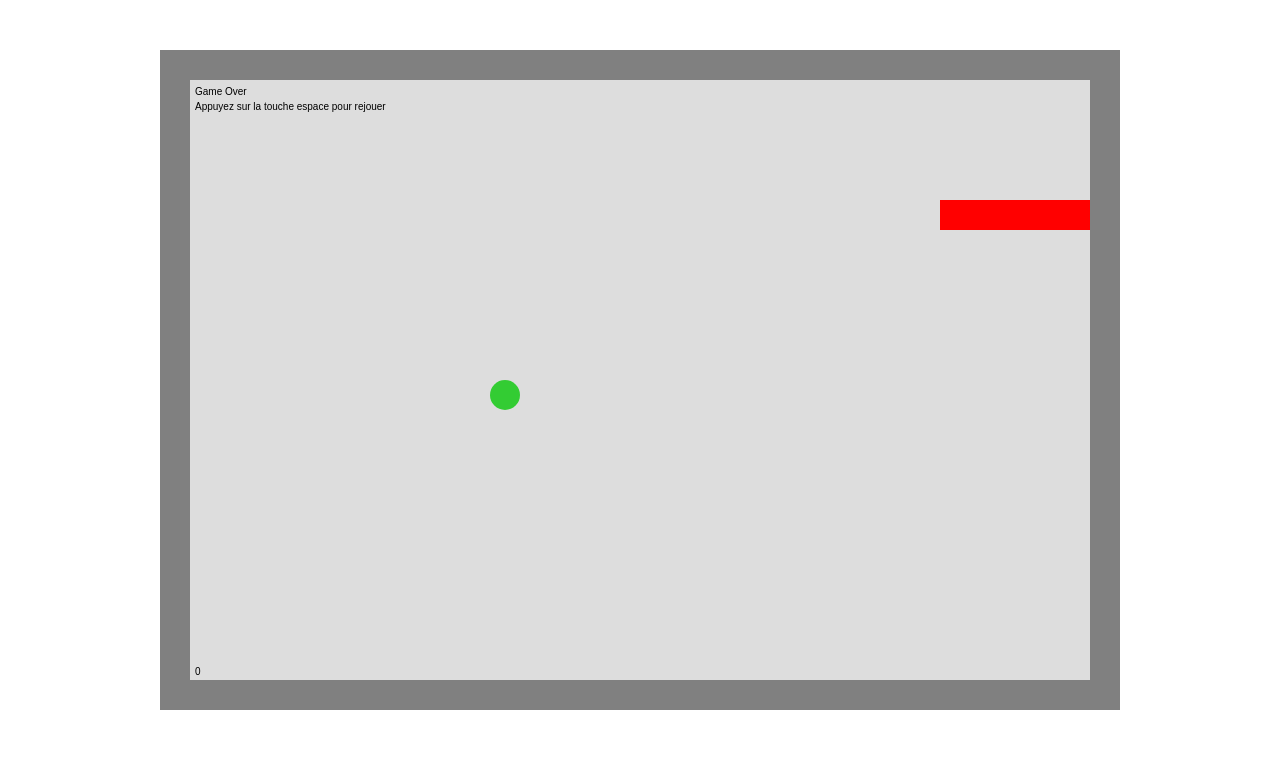
Repository: Loetitia27006/snake
Page: index.html
These files come from the project's save history. The page is drawn as it stood at one moment and after the next save; the edit follows.
The browser window is 1280 px wide. The pictures show the whole page.

Above is the page before, as saved 2023-03-24 16:25:29.

### index.html
<!DOCTYPE html>
<html lang="en">
<head>
    <meta charset="UTF-8">
    <meta http-equiv="X-UA-Compatible" content="IE=edge">
    <meta name="viewport" content="width=device-width, initial-scale=1.0">
    <title>Snake Game</title>
</head>
<body>

</body>
<script src="script.js"></script>
</html>

### script.js
window.onload = function () {
  var canvasWidth = 900;
  var canvasHeight = 600;
  var blockSize = 30;
  var ctx;
  var delay = 100;
  var snakee;
  var applee;
  var widthInBlocks = canvasWidth/blockSize;
  var heightInBlocks = canvasHeight/blockSize;
  var score;

  init();

  function init() {
    var canvas = document.createElement("canvas");
    canvas.width = canvasWidth;
    canvas.height = canvasHeight;
    canvas.style.border = "30px solid gray";
    canvas.style.margin = "50px auto";
    canvas.style.display = "block";
    canvas.style.backgroundColor = "#ddd";
    document.body.appendChild(canvas);
    ctx = canvas.getContext("2d");
    snakee = new Snake([[6, 4],[5, 4],[4, 4],[3, 4], [2, 4]], "right");
    applee = new Apple([10, 10]);
    score = 0;
    refreshCanvas();
  }

  function refreshCanvas() {
    snakee.advance();
    if(snakee.checkCollision()){
        gameOver();
    }else{
      if(snakee.isEatingApple(applee)){
        score++;
        snakee.ateApple = true;
        do{
          applee.setNewPosition();
        }while(applee.isOnSnake(snakee))
      }
      ctx.clearRect(0, 0, canvasWidth, canvasHeight);
      snakee.draw();
      applee.draw();
      drawScore();
      setTimeout(refreshCanvas, delay);
    }

  }
  function gameOver(){
    ctx.save();
    ctx.fillText("Game Over", 5, 15);
    ctx.fillText("Appuyez sur la touche espace pour rejouer",5 ,30)
    ctx.restore();
  }

  function restart(){
    snakee = new Snake(
      [
        [6, 4],
        [5, 4],
        [4, 4],
        [3, 4] ,
        [2, 4],
      ],
      "right"
    );
    applee = new Apple([10, 10]);
    score = 0;
    refreshCanvas();
  }

  function drawScore(){
    ctx.save();
    ctx.fillText(score.toString(), 5, canvasHeight -5);
    ctx.restore();
  }

  function drawBlock(ctx, position){
    var x = position[0] * blockSize;
    var y = position[1] * blockSize;
    ctx.fillRect(x, y, blockSize, blockSize)
  }

  function Snake(body, direction) {
    this.body = body;
    this.direction = direction
    this.ateApple = false;
    this.draw = function () {
      ctx.save();
      ctx.fillStyle = "#ff0000";
      for (var i = 0; i < this.body.length; i++) {
        drawBlock(ctx, this.body[i]);
      }
      ctx.restore();
    };
    this.advance = function () {
        var nextPosition = this.body[0].slice();
        switch (this.direction) {
          case "left":
            nextPosition[0] -= 1;
            break;
          case "right":
            nextPosition[0] += 1;
            break;
          case "down":
            nextPosition[1] += 1;
            break;
          case "up":
            nextPosition[1] -= 1;
            break;
          default:
            throw("Invalid direction" + this.direction);
        }
        this.body.unshift(nextPosition);
        if(!this.ateApple)
          this.body.pop();
        else
          this.ateApple = false;
    };
    this.setDirection= function(newDirection) {
      var allowedDirection;
      switch (this.direction) {
        case "left":
        case "right":
          allowedDirection = ["up", "down"];
          break;
        case "down":
        case "up":
          allowedDirection = ["left", "right"];
          break;
        default:
          throw("invalid direction: " + this.direction);
      }
      if(allowedDirection.indexOf(newDirection)>-1){
        this.direction = newDirection;
      }
    }
    this.checkCollision = function(){
      var wallCollision = false;
      var snakeCollision = false;
      var head = this.body[0];
      var rest = this.body.slice(1);
      var snakeX = head[0];
      var snakeY = head[1];
      var minX = 0;
      var minY = 0;
      var maxX = widthInBlocks - 1;
      var maxY = heightInBlocks - 1;
      var isNotBetweenHorizontalWalls = snakeX < minX || snakeX > maxX;
      var isNotBetweenVerticalWalls = snakeY < minY || snakeY > maxY;

      if(isNotBetweenHorizontalWalls || isNotBetweenVerticalWalls) {
        wallCollision = true;
      }
      for(var i = 0; i < rest.length; i++) {
        if(snakeX === rest[i][0] && snakeY === rest[i][1]) {
          snakeCollision = true;
      }
    }
    return wallCollision || snakeCollision;
  };
  this.isEatingApple = function (appleToEat) {
    var head = this.body[0];
    if (
      head[0] === appleToEat.position[0] &&
      head[1] === appleToEat.position[1]
    ) {
      return true;
    } else {
      return false;
    }
  };
}
  function Apple(position){
    this.position = position;
    this.draw = function(){
      ctx.save();
      ctx.fillStyle = "#33cc33";
      var radius = blockSize/2;
      var x = this.position[0]*blockSize + radius;
      var y = this.position[1]*blockSize + radius;
      ctx.beginPath();
      ctx.arc(x, y, radius, 0, Math.PI*2, true);
      ctx.fill();
      ctx.restore();
    }
    this.setNewPosition = function(){
      var newX = Math.round(Math.random()*(widthInBlocks - 1));
      var newY = Math.round(Math.random()*(heightInBlocks - 1));
      this.position = [newX, newY];
    }
    this.isOnSnake = function(snakeToCheck){
      var isOnSnake = false;
      for(var i=0; i< snakeToCheck.body.length; i++){
        if (this.position[0]=== snakeToCheck.body[i][0] && this.position[1]=== snakeToCheck.body[i][1]){
          isOnSnake = true;
        }
      }
      return isOnSnake;
    }
  }

  document.onkeydown = function handleKeyDown(e) {
    var key = e.keyCode;
    var newDirection;
    switch (key) {
      case 37:
        newDirection = "left";
        break;
      case 38:
        newDirection = "up";
        break;
      case 39:
        newDirection = "right";
        break;
      case 40:
        newDirection = "down";
        break;
      case 32:
        restart();
        return;
      default:
        return;
    }
    snakee.setDirection(newDirection);
  };
};

After the next save:
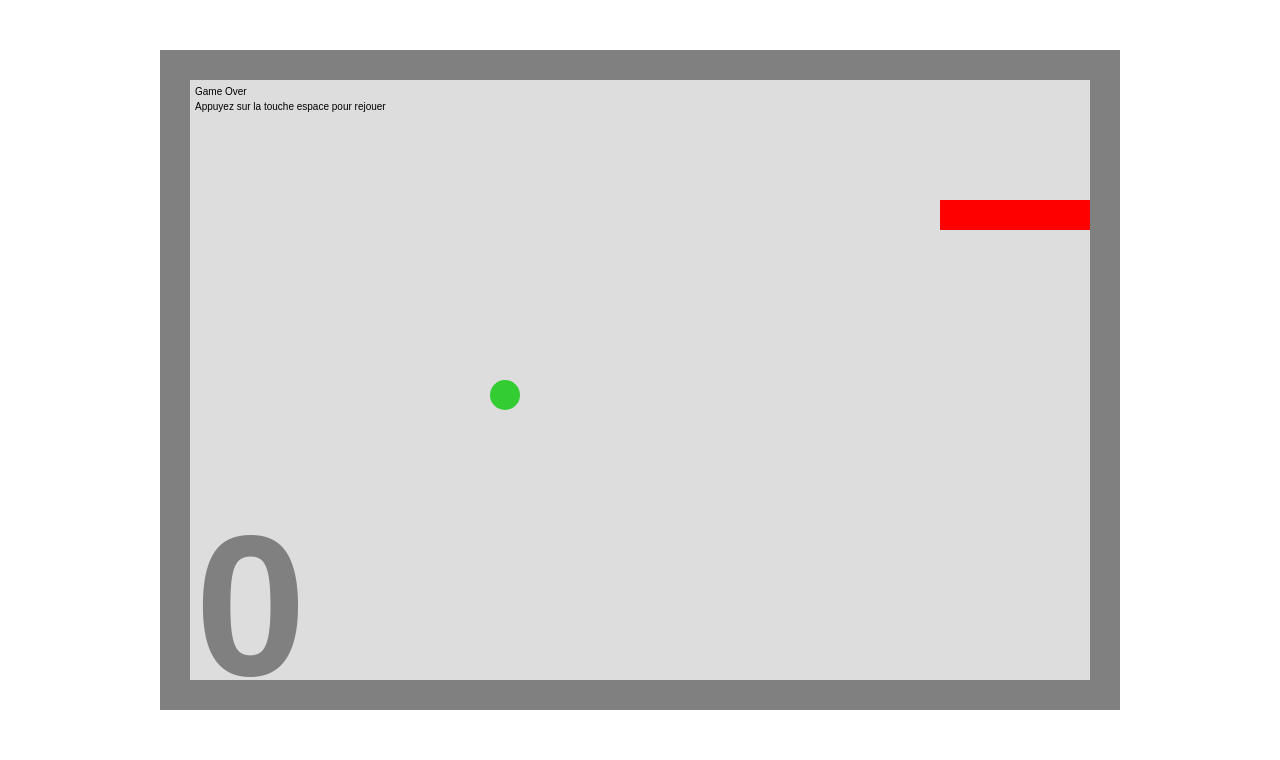
Saved 2 min 4 s later.
--- a/script.js
+++ b/script.js
@@ -73,6 +73,8 @@ window.onload = function () {
 
   function drawScore(){
     ctx.save();
+    ctx.font = "bold 200px sans-serif";
+    ctx.fillStyle = "gray";
     ctx.fillText(score.toString(), 5, canvasHeight -5);
     ctx.restore();
   }
